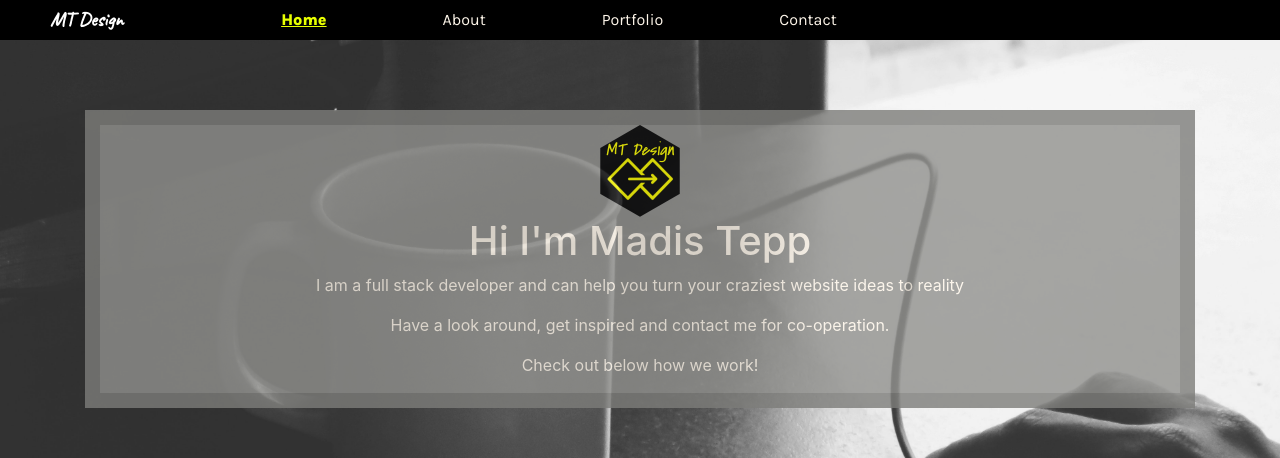
Repository: teppm/personal-portfolio
Page: index.html
The author's editor kept a record of every edit. The page is drawn from the files as they stood at one moment, then again after the next edit.
The browser window is 1280 px wide. The pictures show the part of the page from y = 0 to 458 px (the page is 1022 px tall before and 1052 px after).
Pictures or frames that could not be fetched are drawn as grey boxes. Some web libraries are served in a nearby version.

Above is the page before.

### index.html
<!DOCTYPE html>
<html lang="en">

<head>
    <meta charset="UTF-8">
    <meta name="viewport" content="width=device-width, initial-scale=1.0, shrink-to-fit=no">
    <meta http-equiv="X-UA-Compatible" content="ie=edge">
    <meta name="keywords" content="web, developer, portfolio, full stack, programmer">
    <meta name="author" content="Madis Tepp">
    <meta name="description" content="Web developer portfolio">
    <link rel="stylesheet " href="https://stackpath.bootstrapcdn.com/bootstrap/4.3.1/css/bootstrap.min.css" integrity="sha384-ggOyR0iXCbMQv3Xipma34MD+dH/1fQ784/j6cY/iJTQUOhcWr7x9JvoRxT2MZw1T" crossorigin="anonymous">
    <link href="https://fonts.googleapis.com/css?family=Karla:200,200i,400,400i,700,700i,800,800i&display=swap" rel="stylesheet">
    <link href="https://fonts.googleapis.com/css?family=Caveat&display=swap" rel="stylesheet">
    <link rel="stylesheet" href="assets/css/style.css" type="text/css" />
    <title>Madis Tepp</title>
</head>


<body>

<!--navbar-->

<nav class="navbar navbar-expand-lg fixed-top navbar-dark">
    <a class="navbar-brand" href="index.html">MT Design</a>
    <button class="navbar-toggler" type="button" data-toggle="collapse" data-target="#navbarSupportedContent" aria-controls="navbarSupportedContent" aria-expanded="false" aria-label="Toggle navigation">
    <span class="navbar-toggler-icon"></span>
    </button>

    <div class="collapse navbar-collapse" id="navbarSupportedContent">
        <ul class="navbar-nav mr-auto">
            <li class="nav-item  active">
                <a class="nav-link" href="index.html">Home<span class="sr-only">(current)</span></a>
            </li>
            <li class="nav-item ">
                <a class="nav-link" href="aboutme.html">About</a>
            </li>
            <li class="nav-item">
                <a class="nav-link" href="portfolio.html">Portfolio</a>
            </li>
            <li class="nav-item">
                <a class="nav-link" href="contact.html">Contact</a>
            </li>
        </ul>
    </div>
</nav>

<!--navbar end-->

<!--page content, intro text + intro video-->

<section>
    <div class="container">
        <div class="row">
            <div class="col index-text-style">
                <img src="assets/images/LogoMakr_99dxlu.png" class="logo"></img>
                <h1 class="index-text">Hi I'm Madis Tepp</h1>
                <p>I am a full stack developer and can help you turn your craziest website ideas to reality</p>
                <p>Have a look around, get inspired and contact me for co-operation.</p>
                <p>Check out below how we work!</p>
            </div>
        </div>
    </div>
</section>

<section>
    <row class="justify-content-center">
    <div class="embed-responsive embed-responsive-16by9 container">
    <iframe class="embed-responsive-item"  src="https://www.youtube.com/embed/pXtN4y3O35M" allow="accelerometer; autoplay; encrypted-media; gyroscope; picture-in-picture" allowfullscreen></iframe>
    </div>
    </row>
</section>



<!--page content, intro text + intro video end-->








<!--footer section starts here-->


    <footer class="footer fixed-bottom container-fluid">
        <a href="https://www.facebook.com/madis.tepp" target="_blank" title="Visit my Facebook pages"><i class="fab fa-facebook social-links"></i></a>
        <span class="sr-only ">Facebook</span>
        <a href="https://www.instagram.com/teppm/" target="_blank" title="Visit my Instagram account"><i class="fab fa-instagram social-links"></i></a>
        <span class="sr-only ">Instagram</span>
        <a href="https://www.linkedin.com/in/madis-tepp-1a0283b1/" target="_blank" title="Visit my Linkedin account"><i class="fab fa-linkedin social-links"></i></a>
        <span class="sr-only ">Linkedin</span>
        <a href="https://github.com/teppm " target="_blank" title="Visit my GitHub account"><i class="fab fa-github social-links"></i></a>
        <span class="sr-only ">GitHub</span>
        <a href="assets/images/Madis_Tepp_CV_2019.docx" target="_blank" title="Download my resume"><i class="fas fa-file-download social-links"></i></a>
        <span class="sr-only">Resume</span>
    </footer>


<!--footer section ends-->


<!--scrips-->

    <script src="https://code.jquery.com/jquery-3.2.1.slim.min.js" integrity="sha384-KJ3o2DKtIkvYIK3UENzmM7KCkRr/rE9/Qpg6aAZGJwFDMVNA/GpGFF93hXpG5KkN" crossorigin="anonymous"></script>
    <script src="https://cdnjs.cloudflare.com/ajax/libs/popper.js/1.12.9/umd/popper.min.js" integrity="sha384-ApNbgh9B+Y1QKtv3Rn7W3mgPxhU9K/ScQsAP7hUibX39j7fakFPskvXusvfa0b4Q" crossorigin="anonymous"></script>
    <script src="https://maxcdn.bootstrapcdn.com/bootstrap/4.0.0/js/bootstrap.min.js" integrity="sha384-JZR6Spejh4U02d8jOt6vLEHfe/JQGiRRSQQxSfFWpi1MquVdAyjUar5+76PVCmYl" crossorigin="anonymous"></script>
    <script src="https://kit.fontawesome.com/adecd2bab8.js"></script>
</body>
</html>

### assets/css/style.css
/*----------------------------html*/

html {
    background-image: url("../images/rayi-christian-wicaksono-6PF6DaiWz48-unsplash.jpg");
    background-repeat: no-repeat;
    background-color: black;
    background-size: cover;
    min-width: 100%;
    min-height: 100%;
    overflow-y: auto;



}

/*---------------------------------body*/

body {

    background-color: transparent;
    padding-bottom: 60px;
    padding-top: 60px;
}


/*---------------------------------navbar*/

.navbar {
    font-family: "Karla", sans-serif;
    font-weight: bolder;
    color: #FEF6EA;
    padding: 0px;
}



.navbar-dark .navbar-nav .nav-link {
    color: #FEF6EA;
    font-weight: normal;
}

.navbar-dark .navbar-nav .nav-link:hover {
    color: #E8FF00;
}

.navbar-dark .navbar-nav .active>.nav-link {
    color: #E8FF00;
    font-weight: bolder;
    text-decoration: underline;

}

.navbar-dark>.navbar-brand {
    background-color: #000000;
    margin-right: 50px;
    padding-right: 50px;
    padding-left: 50px;
    color: #E8FF00;
    font-family: "Caveat", cursive;

}

.nav-link {
    margin: 0px 50px 0px 50px;
}
.navbar.navbar-expand-lg.fixed-top.navbar-dark {
    background-color: #000000;
}


/*----------------------------------index.html page content*/

.index-text-style {
    color: #FEF6EA;
    text-align: center;
    background-color: #91918E;
    opacity: 0.8;
    border: 15px solid #7D7D7A;
    margin: 0px 15px 0px 15px;
}

.embed-responsive {
    width: 70%;
    opacity: 0.9;
}


/*--------------------------------------about.html page content*/

.about,
.skills,
.work-history {
    background-color: #91918E;
    border: 15px solid #7D7D7A;
    padding-bottom: 25px;
    padding-top: 25px;
    opacity: 0.8;
    margin: 0px 15px 0px 15px;
    color: #FEF6EA;




}

.about-image {
    width: 100%;
    height: 100%;
    border: 15px solid #7D7D7A;



}

.about-image-container {
    padding-left: 0px;
    padding-right: 0px;
    margin: 0px 15px 0px 15px;

}



.work-history-style {
    padding-left: 0px;
}

.about-me-p {
    margin: 0px;
    font-size: small;
    text-align: left;
    color: #FEF6EA;

}

.progress {
    background-color: #5e6164;
}

.progress-bar {
    background-color: #000000;
}

h4 {
    text-decoration: underline;
}

h6 {
    margin-top: 10px;
    margin-bottom: 0px;
}

/*---------------------------------portfolio page content*/

.works-done {
    background-color: #91918E;
    border: 15px solid #7D7D7A;
    opacity: 0.8;
    font-size: small;
    padding-bottom: 70px;
    margin: 0px 15px 0px 15px;


}

.portfolio-p {
    margin-top: 15px;
    text-align: center;
    color: #FEF6EA;

}

.portfolio-image {
    width: 100%;
    height: 100%;
    padding-bottom: 35px;
}

.portfolio-heading {
    margin-bottom: 50px;
    color: #FEF6EA;
    text-align: center;
}

/*---------------------------------contact page content*/

.contact-page-style {
    background-color: #91918E;
    border: 15px solid #7D7D7A;
    opacity: 0.8;


}

.contact-p {
    background-color: #91918E;
    text-align: center;
    font-weight: bold;
    opacity: 0.8;
    color: #FEF6EA;
}


.btn {
    background-color: black;
    border: 15px black;
    color: #FEF6EA;
    margin: 10px;
}

.btn:hover {
    color: #E8FF00;
    background-color: black;
}


.contact-details {
    background-color: white;
    margin-top: 25px;
    margin-bottom: 35px;
    text-align: center;
    border-radius: 3px;
}

.download-resume {
    color: #FEF6EA;
    font-size: larger;
    background-color: black;
    width: 30%;
    border-radius: 3px;
    text-align: center;
    padding: 5px;


}

.download-resume:hover {
    text-decoration: none;
    color: #E8FF00;
}



.contact-list {
    padding-left: 0px;

}




/*---------------------------------footer*/

.social-links {
    color: #FEF6EA;
    font-size: large;
    transition: all;
    transition-timing-function: ease-in-out;
    margin: 15px 50px 15px 50px;


}

.social-links:hover {
    color: #E8FF00;
    text-decoration: none;


}

.footer {
    font-family: "Karla", sans-serif;
    text-align: center;
    bottom: 0px;
    background-color: #000000;

}


/*--------------------------------------list*/

li {
    list-style-type: none;
    text-align: center;
}





/*--------------------------------------img-fluid*/

.img-fluid {
    max-width: 100%;
    height: auto;
}




/*------------------------------------------container*/

.container {

    margin-top: 50px;

}



/*----------------------------------------------media query--*/

@media (max-width:767px) {
    .social-links {
        margin: 15px;
    }

}

@media (max-width:1024px) {
    .works-done {
        padding-bottom: 100px;

    }

    .contact-details-style {
        margin-left: 15px;
        margin-right: 15px;
        flex: 0px;

    }

    .embed-responsive {
        width: 90%;
    }
}

After the next edit:
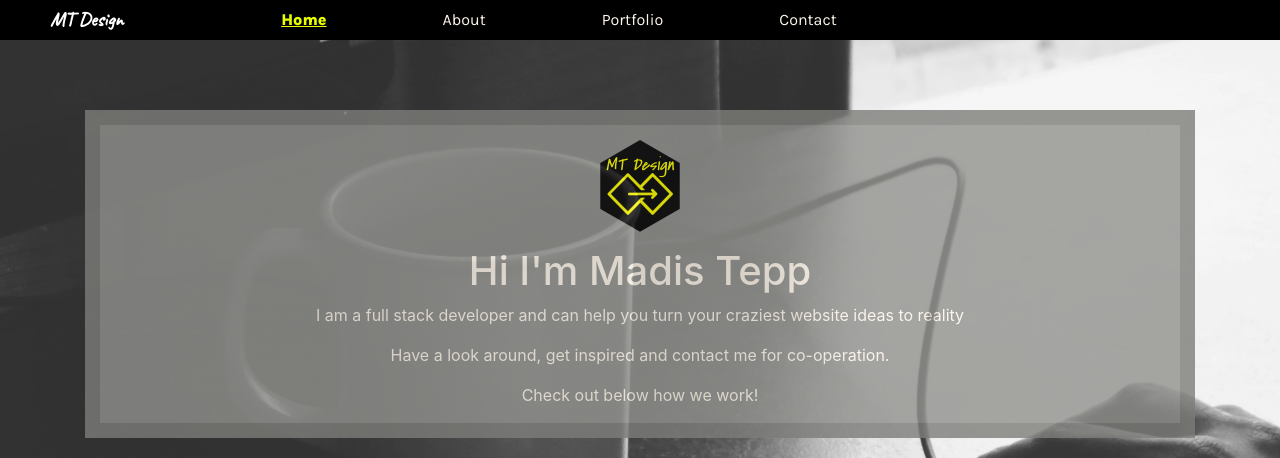
The edit:
--- a/assets/css/style.css
+++ b/assets/css/style.css
@@ -84,6 +84,10 @@
     opacity: 0.9;
 }
 
+.logo {
+    padding: 15px;
+}
+
 
 /*--------------------------------------about.html page content*/
 
